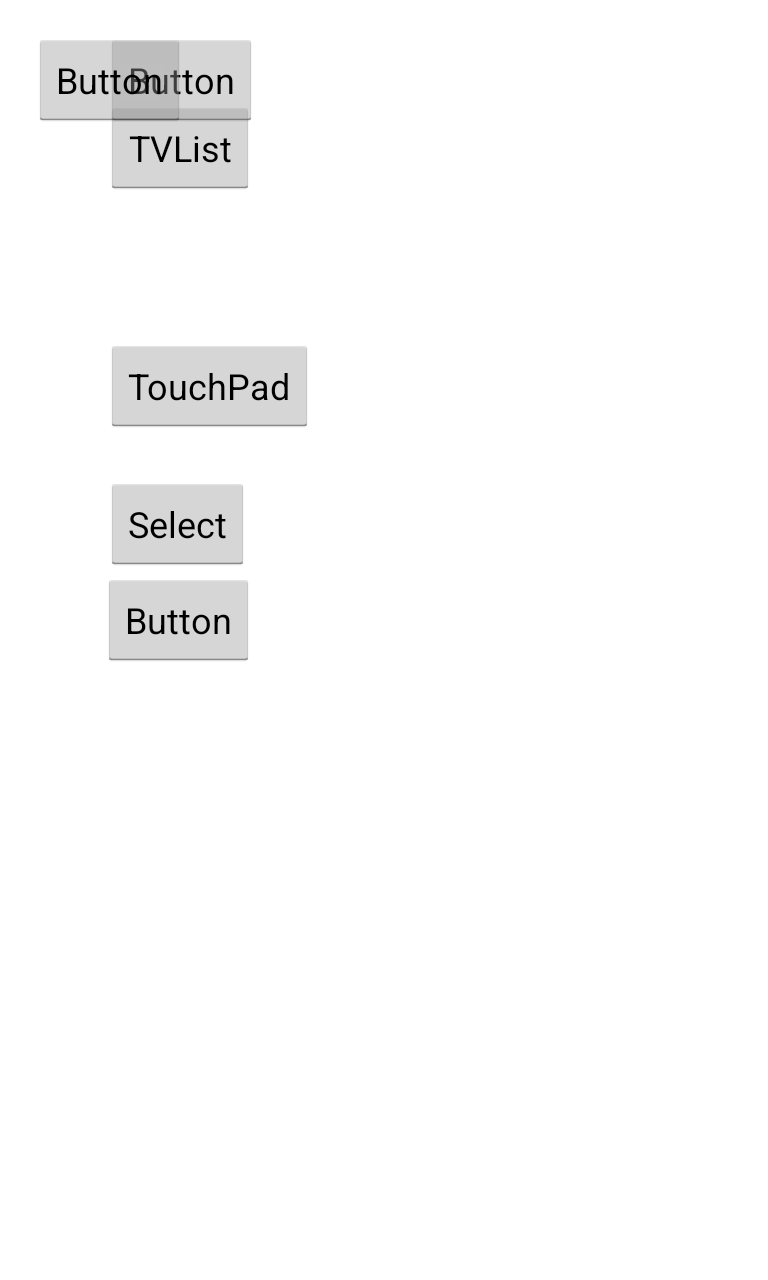
Repository: corestick/Beemote-Controler
Layout: Beemote-Controller/res/layout/activity_beemote.xml
The author's editor kept a copy of each file at every save. The layout is drawn from the files as they stood at one save, then again after the next save.
It is drawn on a 768 x 1280 px phone screen (xhdpi) without system bars, with theme AppTheme; the app's code is not run.

Above is the layout before, as saved 2013-09-04 05:21:45.

After the next save:
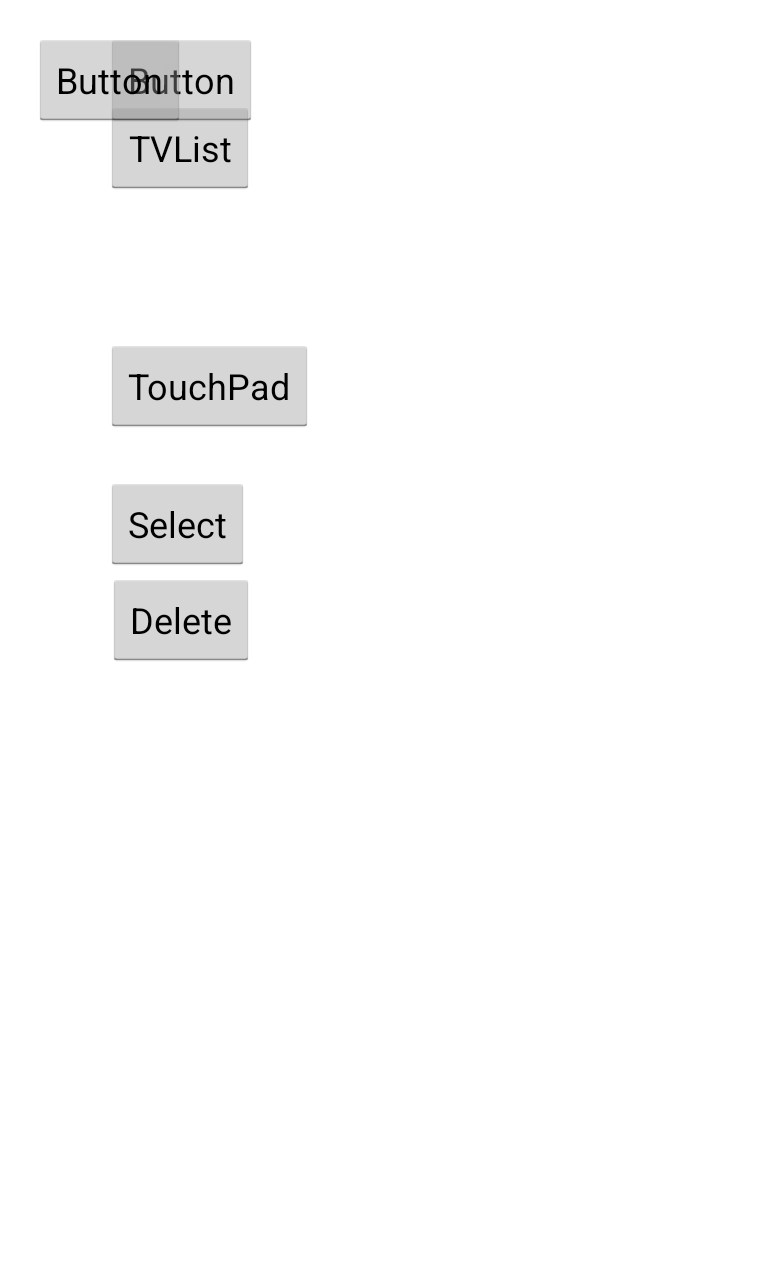
Saved 8 s later.
--- a/Beemote-Controller/res/layout/activity_beemote.xml
+++ b/Beemote-Controller/res/layout/activity_beemote.xml
@@ -42,7 +42,7 @@
         android:layout_height="wrap_content"
         android:layout_alignRight="@+id/btnTVList"
         android:layout_below="@+id/btnSelect"
-        android:text="Button" />
+        android:text="Delete" />
 
     <Button
         android:id="@+id/btnUpdate"
